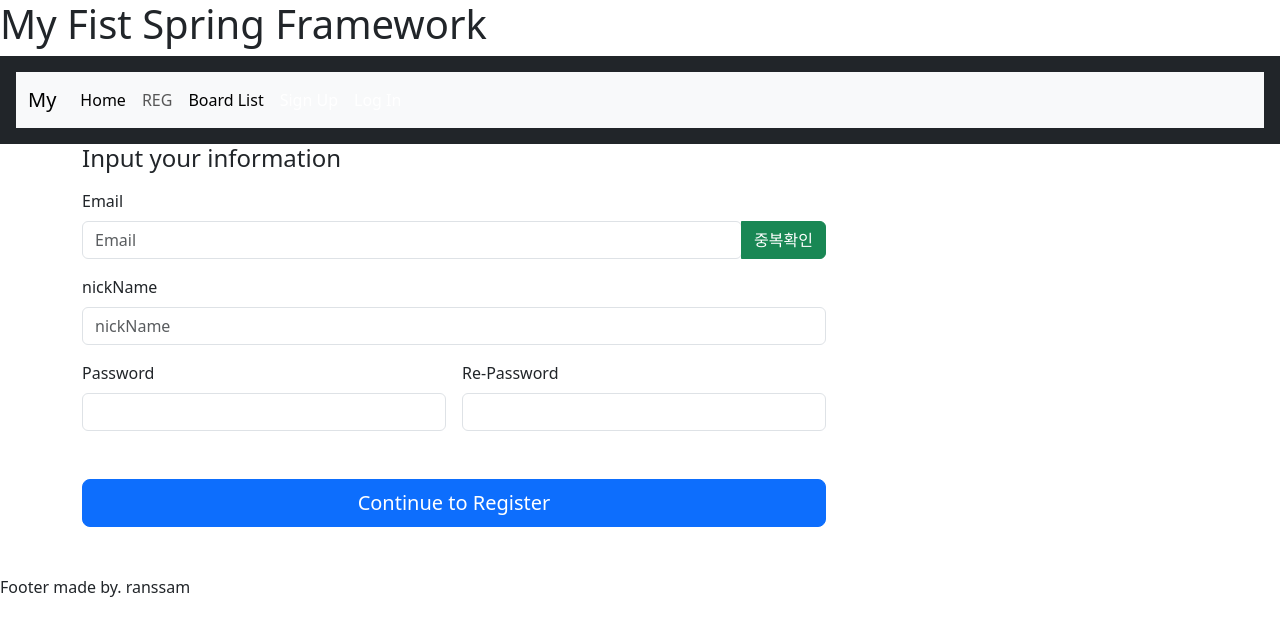
Repository: dhalfks/springSecurityTest
Page: http://localhost/springTest/WEB-INF/views/member/register.jsp
An editor plug-in stored every save of this project. The page is shown before and after the next save, followed by the edit.
The browser window is 1280 px wide. The pictures show the whole page.
The page is served by Tomcat 9. Nobody is signed in. The template is opened directly, without the code that normally fills it, so the values that code supplies are empty.

Above is the page before, as saved 2023-09-30 06:48:59.
Console error: TypeError: Cannot read properties of null (reading 'addEventListener')

After the next save:
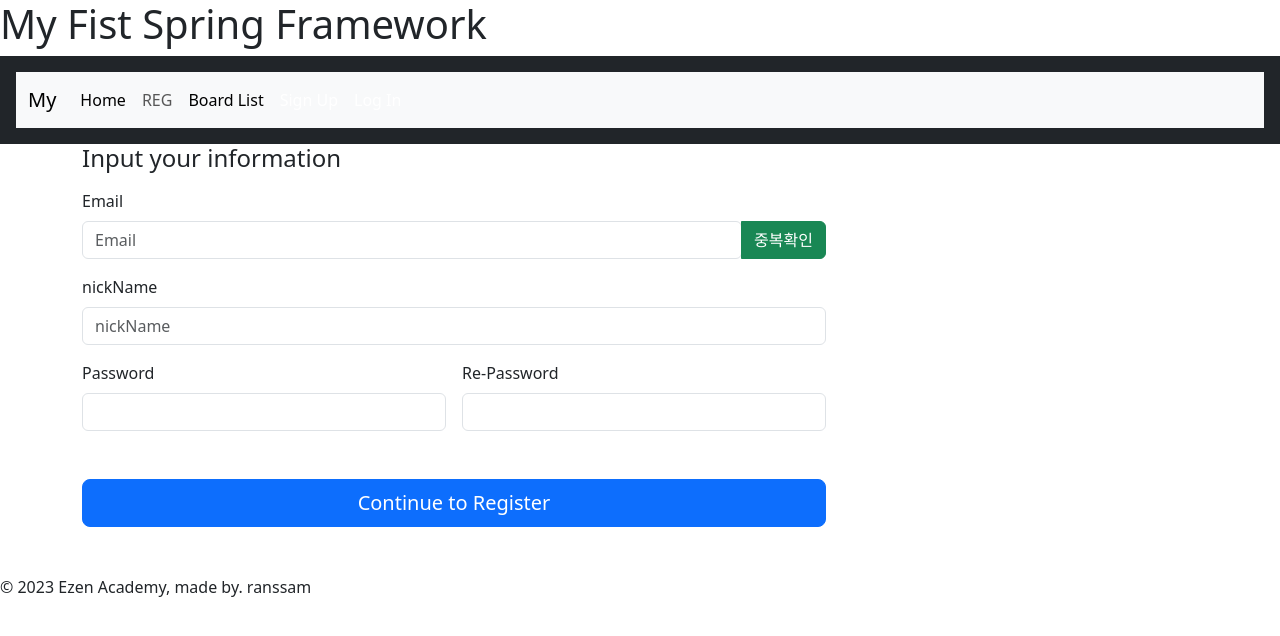
Saved 60 s later.
--- a/_spring_workspace/springTest/src/main/webapp/WEB-INF/views/common/footer.jsp
+++ b/_spring_workspace/springTest/src/main/webapp/WEB-INF/views/common/footer.jsp
@@ -2,7 +2,7 @@
     pageEncoding="UTF-8"%>
 
 <div>
-	<span>Footer made by. ranssam</span>
+	<span>&copy; 2023 Ezen Academy, made by. ranssam</span>
 </div>
 </body>
 </html>
